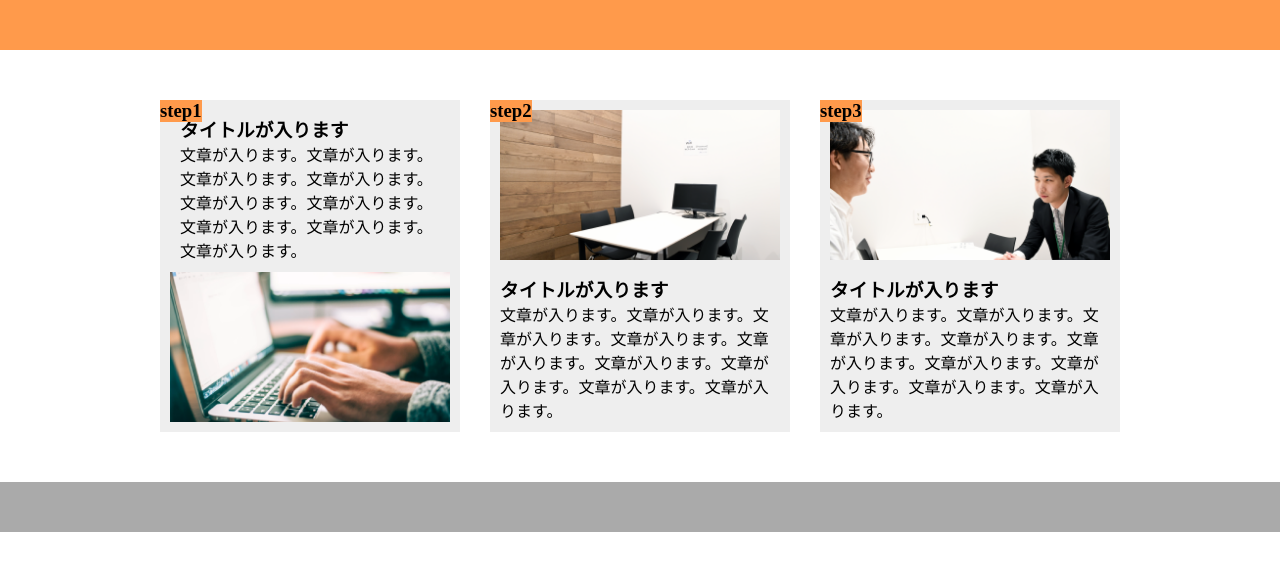
Repository: CarAll02/git-practice
Page: chapter9_exercise/index.html
The author's editor kept a record of every edit. The page is drawn from the files as they stood at one moment, then again after the next edit.
The browser window is 1280 px wide. The pictures show the whole page.

Above is the page before.

### chapter9_exercise/index.html
<!DOCTYPE html>
<html lang="ja">
  <head>
    <meta charset="UTF-8"/>
    <link rel="stylesheet" href="style.css"/>
    <title>chapter9_exercise</title>
  </head>

  <body>
    <header></header>

    <main>
      <div class="box">
        <h3 class="step">step1</h3>
        <div class="box-in-box">
          <section>
            <h3 class="title">タイトルが入ります</h3>
            <p class="text">文章が入ります。文章が入ります。文章が入ります。文章が入ります。文章が入ります。文章が入ります。文章が入ります。文章が入ります。文章が入ります。</p>
          </section>
        </div>
        <div class="picture flow01"></div>
      </div>
      <div class="box">
        <h3 class="step">step2</h3>
        <div class="picture flow02"></div>
        <section>
          <h3 class="title">タイトルが入ります</h3>
          <p class="text">文章が入ります。文章が入ります。文章が入ります。文章が入ります。文章が入ります。文章が入ります。文章が入ります。文章が入ります。文章が入ります。</p>
        </section>
      </div>
      <div class="box">
        <h3 class="step">step3</h3>
        <div class="picture flow03"></div>
        <section>
          <h3 class="title">タイトルが入ります</h3>
          <p class="text">文章が入ります。文章が入ります。文章が入ります。文章が入ります。文章が入ります。文章が入ります。文章が入ります。文章が入ります。文章が入ります。</p>
        </section>
      </div>
    </main>

    <footer></footer>
  </body>

</html>

### chapter9_exercise/style.css
*{
  margin:0;
  padding:0;
  box-sizing:border-box;
}

header{
  height:50px;
  background-color:#FF9A4B;
}

main{
  display:flex;
  justify-content:center;
  margin:50px 0;
}

.box{
  width:300px;
  background-color:#EEEEEE;
  margin-left: 30px;
  position:relative;
}

.box:first-child{
  margin-left:0;
}

.box-in-box{
  margin:10px;
}

.step{
  position:absolute;
  top:0;
  left:0;
  background-color: #FF9A4B;
}

.picture{
  height:150px;
  background-size:cover;
  background-position:center;
  margin:10px;
}

.flow01{
  background-image:url(img/flow01.png);
}

.flow02{
  background-image:url(img/flow02.png);
}

.flow03{
  background-image:url(img/flow03.png);
}

section{
  margin:15px 10px 10px 10px;
}

footer{
  height:50px;
  background-color:#AAAAAA;
}

After the next edit:
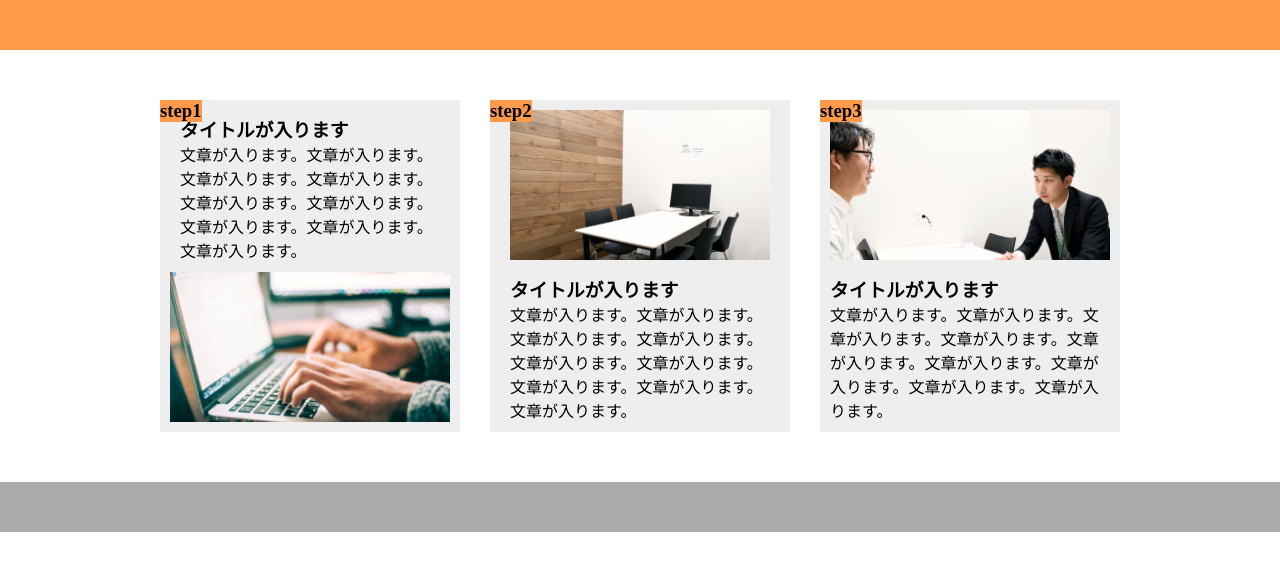
The edit:
--- a/chapter9_exercise/index.html
+++ b/chapter9_exercise/index.html
@@ -22,11 +22,13 @@
       </div>
       <div class="box">
         <h3 class="step">step2</h3>
-        <div class="picture flow02"></div>
-        <section>
-          <h3 class="title">タイトルが入ります</h3>
-          <p class="text">文章が入ります。文章が入ります。文章が入ります。文章が入ります。文章が入ります。文章が入ります。文章が入ります。文章が入ります。文章が入ります。</p>
-        </section>
+        <div class="box-in-box">
+          <div class="picture flow02"></div>
+          <section>
+            <h3 class="title">タイトルが入ります</h3>
+            <p class="text">文章が入ります。文章が入ります。文章が入ります。文章が入ります。文章が入ります。文章が入ります。文章が入ります。文章が入ります。文章が入ります。</p>
+          </section>
+        </div>
       </div>
       <div class="box">
         <h3 class="step">step3</h3>
